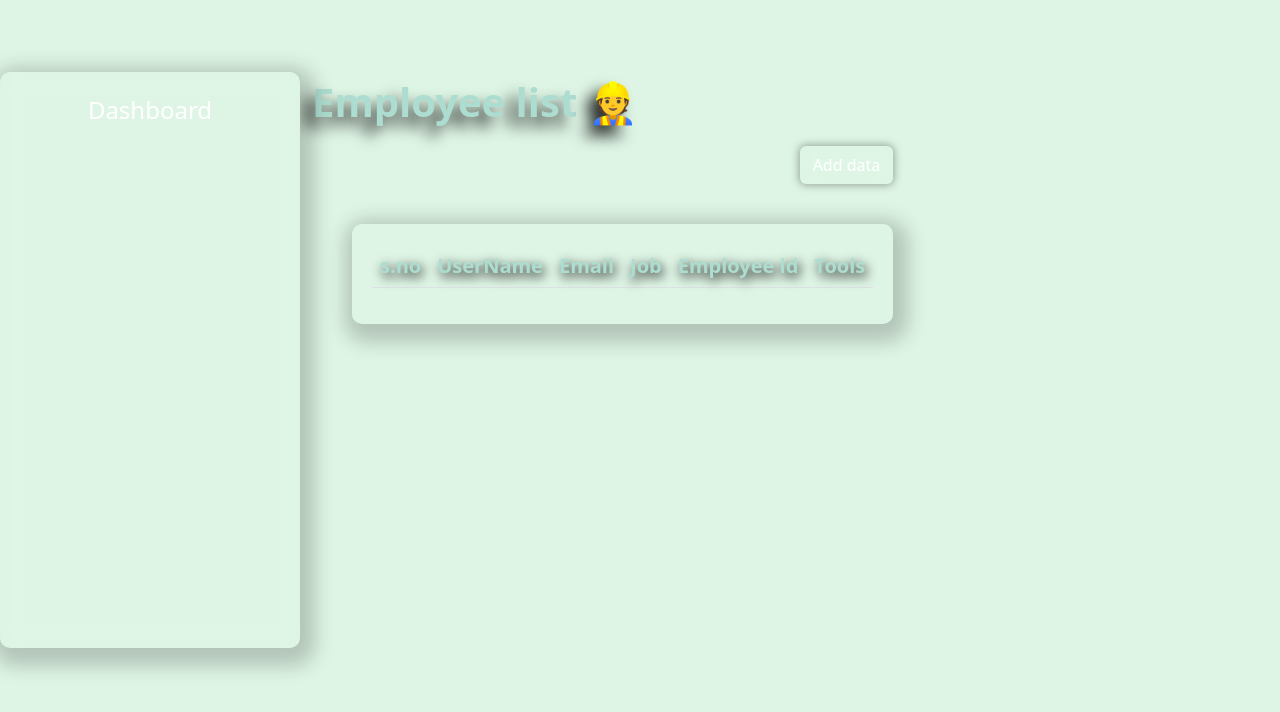
Repository: iamevs/Employee-Management-System
Page: /home (app in client/)
The author's editor kept a copy of each file at every save. The page is drawn from the files as they stood at one save, then again after the next save.
The browser window is 1280 px wide. The pictures show the whole page.
The page's requests for data from a server got no answer. The project was rebuilt for these pictures with package versions that can differ from the ones it lists, and the page was loaded fresh each time. No one was signed in, and anything a server would have sent is missing. Also part of the build but not shown: client/vite.config.js, client/src/components/Register.jsx, client/src/components/Edit.jsx, client/src/components/Hero.jsx. Imported but missing from the stored project, and not drawn on this page: client/src/components/Details.

Above is the page before, as saved 2022-11-29 01:43:43.

After the next save:
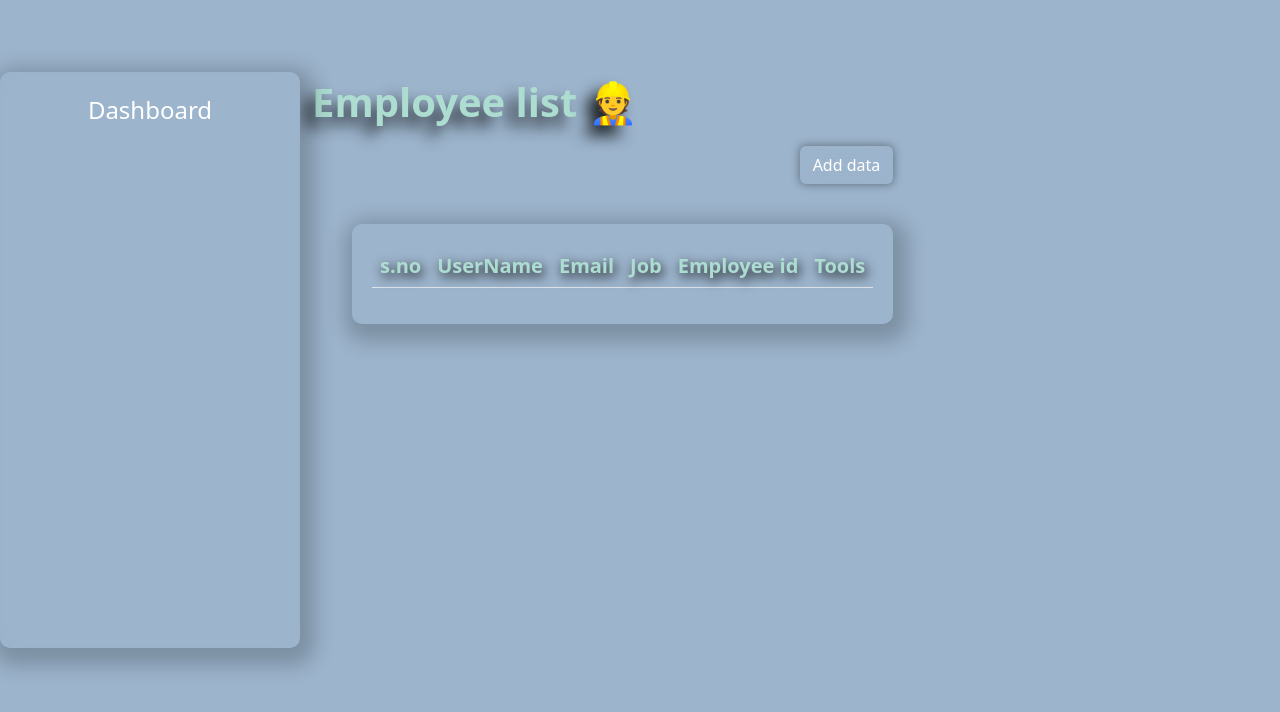
Saved 34 s later.
--- a/client/src/index.css
+++ b/client/src/index.css
@@ -5,8 +5,8 @@ body {
     sans-serif;
   -webkit-font-smoothing: antialiased;
   -moz-osx-font-smoothing: grayscale;
-  background-color: DEF5E5 !important;
-  color: #8EC3B0 !important;
+  background-color: #9CB4CC !important;
+  color: #fff !important;
 }
 
 code {
